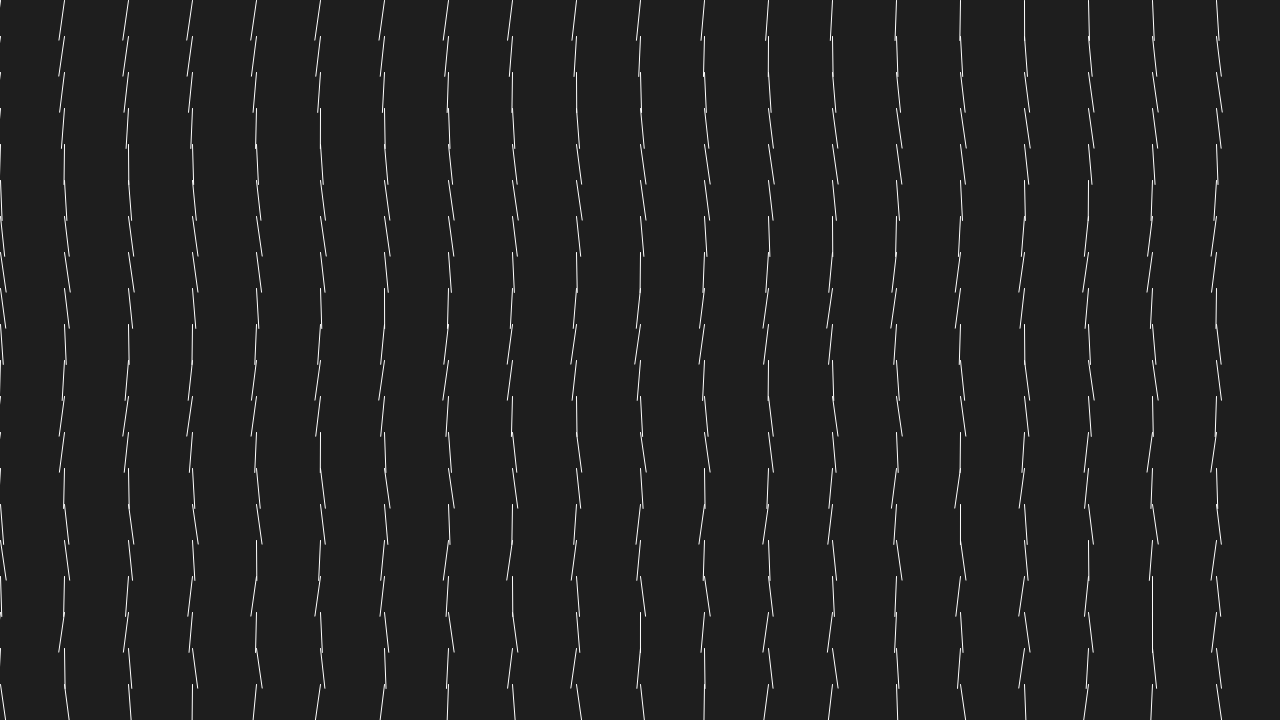
Repository: dylanreimer/electrocrafting
Page: projects/pendulum/index.html
The author's editor kept a copy of each file at every save. The page is drawn from the files as they stood at one save, then again after the next save.
The browser window is 1280 px wide. The pictures show the whole page.

Above is the page before, as saved 2021-10-19 01:17:13.

After the next save:
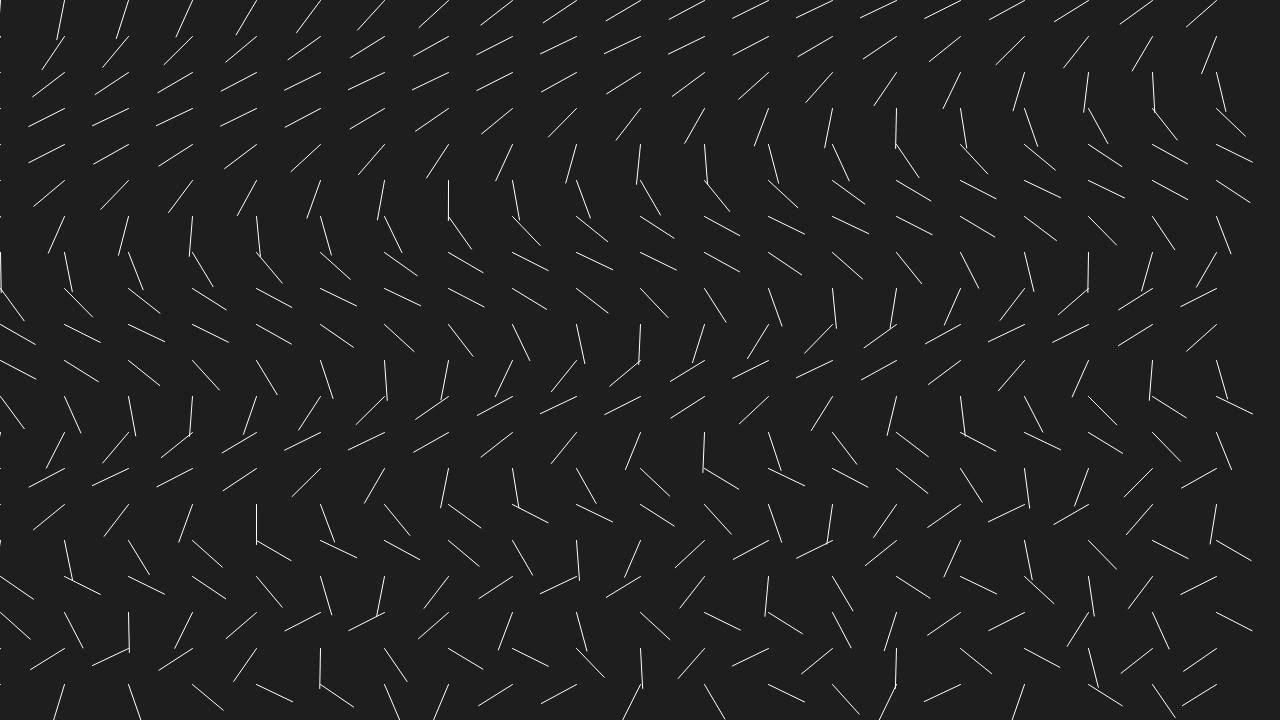
Saved 13 s later.
--- a/projects/pendulum/pendulum.js
+++ b/projects/pendulum/pendulum.js
@@ -29,7 +29,7 @@
         this.velocity *= this.damping;
         this.angle += this.velocity;
 
-        this.damping -= 0.0001
+        this.damping -= 0.00001
     };
 
     updatePosition() {
